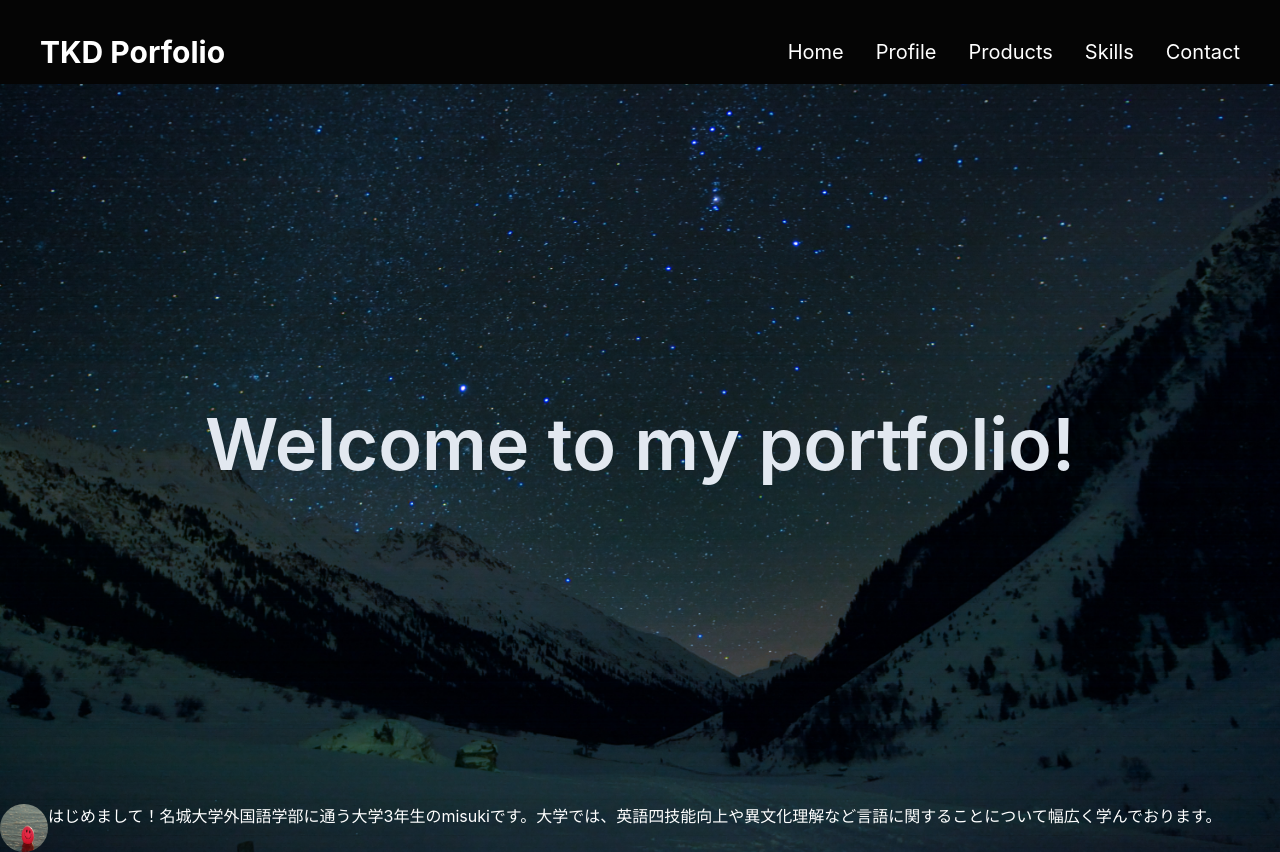
Repository: MitukiTakada/todo-aplication
Page: / (app in design/dev/react-tailwind/react-tailwind/)
The author's editor kept a copy of each file at every save. The page is drawn from the files as they stood at one save, then again after a run of saves.
The browser window is 1280 px wide. The pictures show the whole page.
The project was rebuilt for these pictures with package versions that can differ from the ones it lists, and the page was loaded fresh each time. Also part of the build but not shown: design/dev/react-tailwind/react-tailwind/src/components/Contact.jsx, design/dev/react-tailwind/react-tailwind/src/components/Products.jsx, design/dev/react-tailwind/react-tailwind/src/components/Profile.jsx, design/dev/react-tailwind/react-tailwind/src/components/Skills.jsx.

Above is the page before, as saved 2022-11-19 14:50:28.

### design/dev/react-tailwind/react-tailwind/public/index.html
<!DOCTYPE html>
<html lang="en">
  <head>
    <meta charset="utf-8" />
    <link rel="icon" href="%PUBLIC_URL%/favicon.ico" />
    <meta name="viewport" content="width=device-width, initial-scale=1" />
    <meta name="theme-color" content="#000000" />
    <meta
      name="description"
      content="Web site created using create-react-app"
    />
    <link rel="apple-touch-icon" href="%PUBLIC_URL%/logo192.png" />
    <link rel ="stylesheet" href="https://cdnjs.cloudflare.com/ajax/libs/font-awesome/5.15.3/css/all.min.css">
    <!--
      manifest.json provides metadata used when your web app is installed on a
      user's mobile device or desktop. See https://developers.google.com/web/fundamentals/web-app-manifest/
    -->
    <link rel="manifest" href="%PUBLIC_URL%/manifest.json" />
    <!--
      Notice the use of %PUBLIC_URL% in the tags above.
      It will be replaced with the URL of the `public` folder during the build.
      Only files inside the `public` folder can be referenced from the HTML.

      Unlike "/favicon.ico" or "favicon.ico", "%PUBLIC_URL%/favicon.ico" will
      work correctly both with client-side routing and a non-root public URL.
      Learn how to configure a non-root public URL by running `npm run build`.
    -->
    <title>React App</title>
  </head>
  <body>
    <noscript>You need to enable JavaScript to run this app.</noscript>
    <div id="root"></div>
    <!--
      This HTML file is a template.
      If you open it directly in the browser, you will see an empty page.

      You can add webfonts, meta tags, or analytics to this file.
      The build step will place the bundled scripts into the <body> tag.

      To begin the development, run `npm start` or `yarn start`.
      To create a production bundle, use `npm run build` or `yarn build`.
    -->
  </body>
</html>

### design/dev/react-tailwind/react-tailwind/src/index.jsx
import React from 'react';
import ReactDOM from 'react-dom/client';
import './index.css';
import App from './App';
import reportWebVitals from './reportWebVitals';
import { BrowserRouter } from 'react-router-dom';
import { ChakraProvider } from '@chakra-ui/provider';

const root = ReactDOM.createRoot(document.getElementById('root'));
root.render(
  <React.StrictMode>
    <BrowserRouter>
        <ChakraProvider>
          <App />
        </ChakraProvider>
    </BrowserRouter>
  </React.StrictMode>
);

// If you want to start measuring performance in your app, pass a function
// to log results (for example: reportWebVitals(console.log))
// or send to an analytics endpoint. Learn more: https://bit.ly/CRA-vitals
reportWebVitals();

### design/dev/react-tailwind/react-tailwind/src/App.jsx
import { BrowserRouter, Routes, Route } from "react-router-dom";
import Contact from "./components/Contact";
import Header from "./components/Header";
import Home from "./components/Home";
import Products from "./components/Products";
import Profile from "./components/Profile";
import Skills from "./components/Skills";


function App() {
  return (
    <div className=" bg-body  text-white w-full sm:px-0 pt-5">
     <Header />
      <Routes>
        <Route path="/" element={<Home />}/>
        <Route path="/prfole" element={<Profile />}/>
        <Route path="products" element={<Products />}/>
        <Route path="/skills" element={<Skills />}/>
        <Route path="/contact" element={<Contact />}/>
      </Routes>
    </div>
  );
}

export default App;

### design/dev/react-tailwind/react-tailwind/src/components/Header.jsx
import React from 'react'
import { Link } from 'react-router-dom'
import "./output.css"
import Hamburger from './atoms/Hamburger'

const Header = () => {
  return (
    <header className="container flex justify-between  w-full items-center mr-0 relative h-16 px-10">
      <div>
        <h2 className="text-2xl font-bold md:text-3xl">TKD Porfolio</h2>
      </div>
      <nav className="flex space-x-8 text-xl ml-8 items-center hidden md:block">
        <Link to={"/"} className="link">Home</Link>
        <Link to={"/profile"} className="link">Profile</Link>
        <Link to={"/products"} className="link">Products</Link>
        <Link to={"/skills"} className="link">Skills</Link>
        <Link to={"/contact"} className="link">Contact</Link>
      </nav>
      <Hamburger className="md:hidden absolute right-3"/>
    </header>
  )
}

export default Header

### design/dev/react-tailwind/react-tailwind/src/components/Home.jsx
import React from 'react'
import mainImage from "../images/main-image.jpeg"
import "./Home.css";
import userImage from "../images/user.jpg"

const Home = () => {
  return (
    <div className="home ">
      <div className="items-center ">
        <h1 className=" font-semibold text-3xl 100v text-center text-slate-200 lg:text-7xl md:text-5xl">Welcome to my portfolio!</h1>
      </div>
      <div className="flex mx-auto ">
        <img src={userImage} alt="" className="h-12 w-12 rounded-full"/>
        <p>はじめまして！名城大学外国語学部に通う大学3年生のmisukiです。大学では、英語四技能向上や異文化理解など言語に関することについて幅広く学んでおります。</p>
      </div>
    </div>
  )
}

export default Home

### design/dev/react-tailwind/react-tailwind/src/components/output.css
.link {
  @apply hover:text-purple-400 transition-all duration-300;
}
.drawer-link {
  @apply hover:text-purple-400 transition-all duration-300 text-xl block text-center my-3;
}
.contact-btn {
  @apply bg-purple-500 font-bold text-xl px-3 py-2 rounded border-none hover:bg-purple-800 duration-300 transition-all mt-10
}
.secondary-title {
  @apply text-3xl font-bold;
}
.secondary-title::before {
  content: "";
  @apply block w-12 h-2 bg-purple-400 rounded-full mb-1;
}

.section-paragraph {
  @apply text-secondary my-6 w-full max-w-3xl
}

.badge {
  @apply px-4 py-2 text-sm rounded bg-badge block
}

.send-btn {
  @apply bg-teal-400 font-bold text-xl px-3 py-2 rounded border-none hover:bg-teal-600 duration-300 transition-all mt-10
}

### design/dev/react-tailwind/react-tailwind/src/components/atoms/Hamburger.jsx
import React from 'react'
import {
  Drawer,
  DrawerBody,
  DrawerOverlay,
  DrawerContent,
  DrawerCloseButton,
  useDisclosure,
  Button
} from '@chakra-ui/react'
import { Link } from 'react-router-dom';
import { HamburgerIcon } from '@chakra-ui/icons';

const Hamburger = () => {
  const { isOpen, onOpen, onClose } = useDisclosure()
  return (
    <div className="md:hidden">
        <HamburgerIcon h={30} w={30} className="hover:text-purple-400 duration-300 transition-all cursor-pointer"
        onClick={onOpen}
        />
        <Drawer isOpen={isOpen} onClose={onClose} placement="left" size="xs">
          <DrawerOverlay>
            <DrawerContent>
              <DrawerBody className="w-2/5 bg-slate-200 h-full p-12">
                <div className="z-20 space-y-5 text-xl">
                  <Link to={"/"} className="link drawer-link">Home</Link>
                  <Link to={"/profile"} className="link drawer-link">Profile</Link>
                  <Link to={"/products"} className="link drawer-link">Products</Link>
                  <Link to={"/skills"} className="link drawer-link">Skills</Link>
                  <Link to={"/contact"} className="link drawer-link">Contact</Link>
                  <DrawerCloseButton className="text-white text-md  p-2 rounded mt-15 mx-auto bg-red-400 transition-all duration-300 hover:bg-red-700 ">閉じる</DrawerCloseButton>
                </div>
              </DrawerBody>
            </DrawerContent>
          </DrawerOverlay>
        </Drawer>
      </div>
  )
}

export default Hamburger

### design/dev/react-tailwind/react-tailwind/src/components/Home.css
.home {
  background-image: url(../images/mountain.jpeg);
  background-position: center;
  background-size: cover;
  height: 100%;
  width: 100%;
}

.home h1 {
  line-height: 100vh;
  align-items: center;
}

### design/dev/react-tailwind/react-tailwind/tailwind.config.js
/** @type {import('tailwindcss').Config} */
module.exports = {
  content: [
    "./src/**/*.{js,jsx,ts,tsx}",
  ],
  theme: {
    extend: {

      colors: {
        body: "#050505",
        secondary: "#9191A4",
        badge: "#3F3F51"
      },
      lineHeight: {
        "100v": "100vh"
      }
    },
  },
  plugins: [],
}

Loaded but not shown: design/dev/react-tailwind/react-tailwind/src/index.css (common file); design/dev/react-tailwind/react-tailwind/src/reportWebVitals.js (common file)

After the next 2 saves:
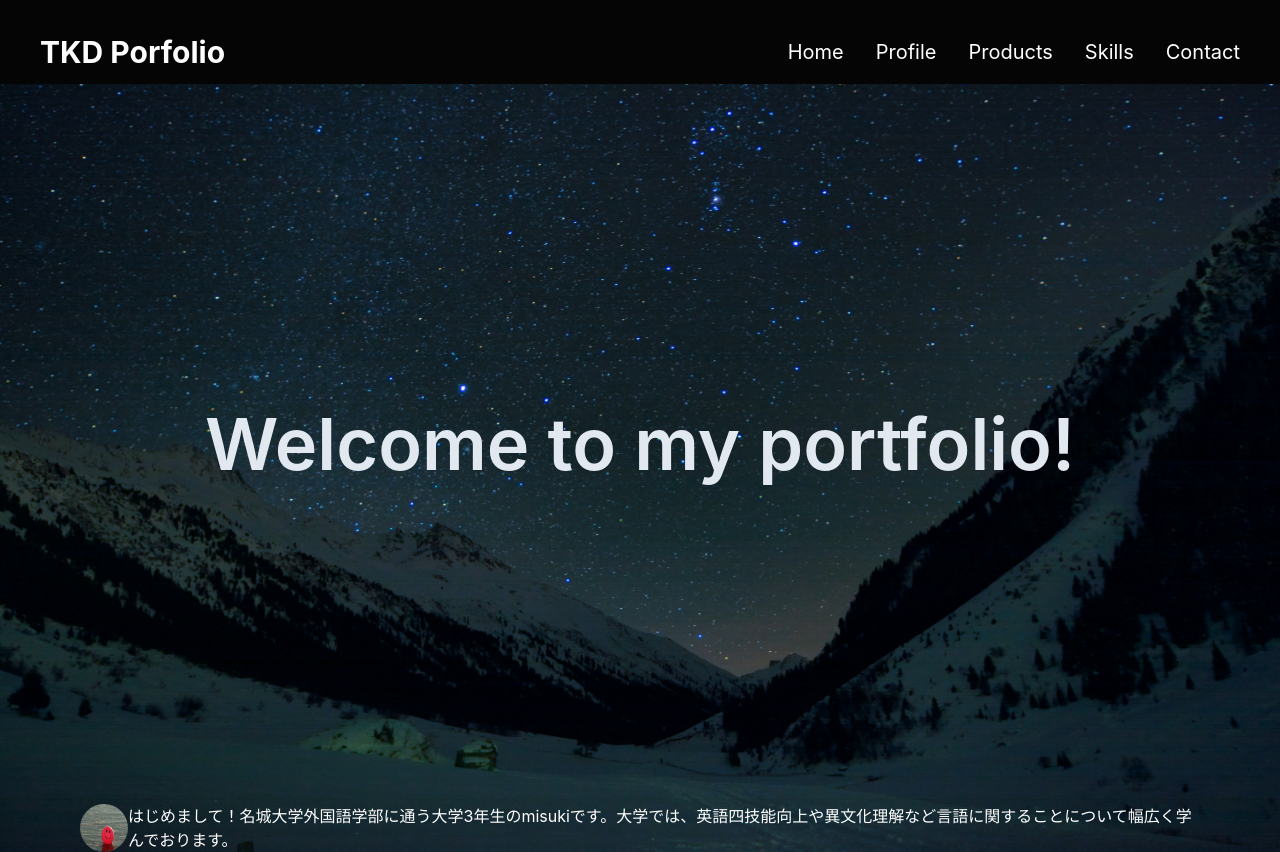
The 2 saves are shown as one change because they came seconds apart.
The last was saved 7 s later.
--- a/design/dev/react-tailwind/react-tailwind/src/components/Home.jsx
+++ b/design/dev/react-tailwind/react-tailwind/src/components/Home.jsx
@@ -9,7 +9,7 @@ const Home = () => {
       <div className="items-center ">
         <h1 className=" font-semibold text-3xl 100v text-center text-slate-200 lg:text-7xl md:text-5xl">Welcome to my portfolio!</h1>
       </div>
-      <div className="flex mx-auto ">
+      <div className="flex mx-auto px-20">
         <img src={userImage} alt="" className="h-12 w-12 rounded-full"/>
         <p>はじめまして！名城大学外国語学部に通う大学3年生のmisukiです。大学では、英語四技能向上や異文化理解など言語に関することについて幅広く学んでおります。</p>
       </div>
